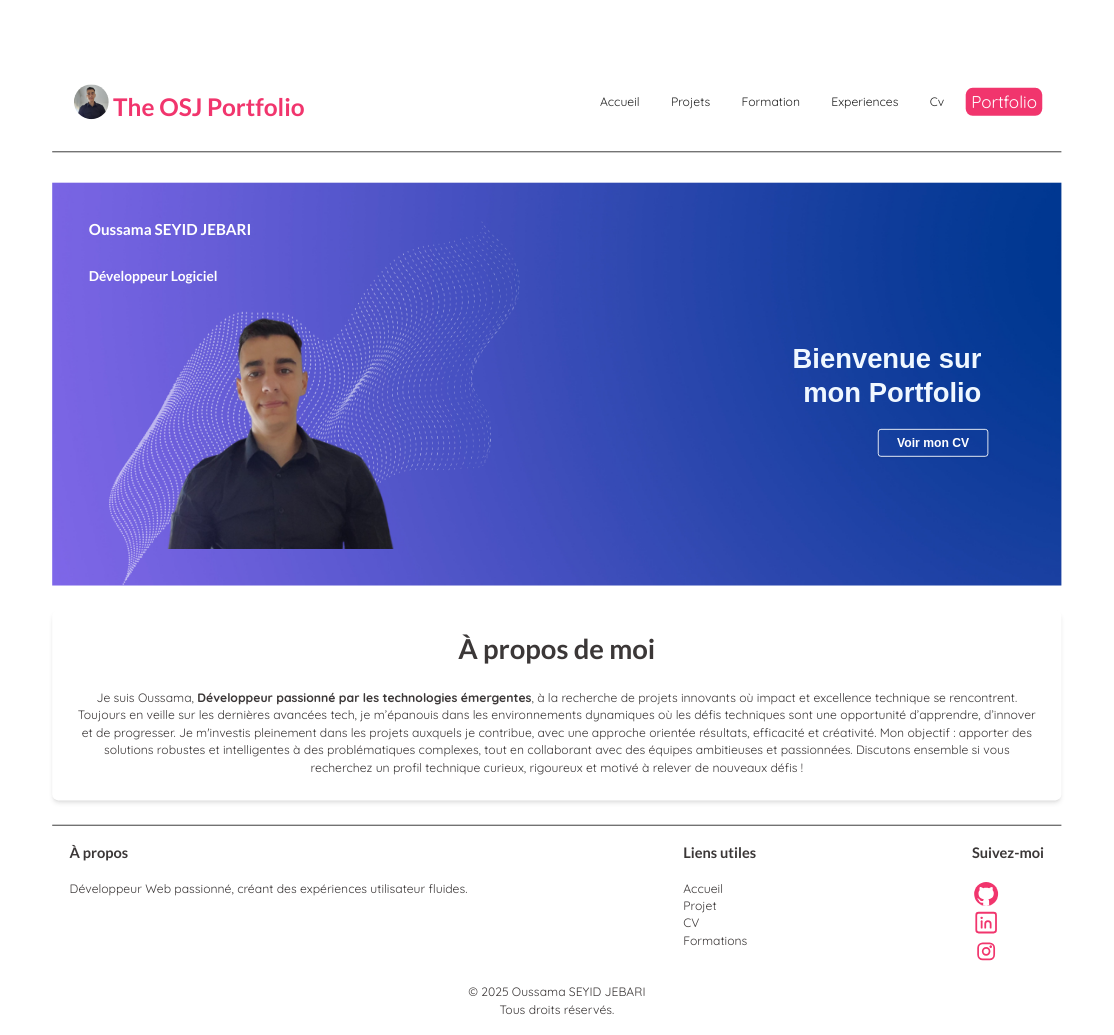
Repository: OussamSJ/Portfolio
Page: /
The author's editor kept a copy of each file at every save. The page is drawn from the files as they stood at one save, then again after the next save.
The browser window is 1280 px wide. The pictures show the whole page, at 87% of full size.
The project was rebuilt for these pictures with package versions that can differ from the ones it lists, and the page was loaded fresh each time. Also part of the build but not shown: src/BlogList.js, src/Cv.js, src/Expcomponent.js, src/Experiences.js, src/FormationComponent.js, src/Formation.js, src/projets/ProjetComponent.js, src/projets/Projet.js and 3 more.

Above is the page before, as saved 2025-07-23 12:39:59.

### public/index.html
<!DOCTYPE html>
<html lang="en">
  <head>
    <meta charset="utf-8" />
    <link rel="icon" href="%PUBLIC_URL%/Logo-Devloper.png" />
    <meta name="viewport" content="width=device-width, initial-scale=1" />
    <meta name="theme-color" content="#000000" />
    <meta
      name="description"
      content="Web site created using create-react-app"
    />
    <link rel="apple-touch-icon" href="%PUBLIC_URL%/logo192.png" />
    <!--
      manifest.json provides metadata used when your web app is installed on a
      user's mobile device or desktop. See https://developers.google.com/web/fundamentals/web-app-manifest/
    -->
    <link rel="manifest" href="%PUBLIC_URL%/manifest.json" />
    <!--
      Notice the use of %PUBLIC_URL% in the tags above.
      It will be replaced with the URL of the `public` folder during the build.
      Only files inside the `public` folder can be referenced from the HTML.

      Unlike "/favicon.ico" or "favicon.ico", "%PUBLIC_URL%/favicon.ico" will
      work correctly both with client-side routing and a non-root public URL.
      Learn how to configure a non-root public URL by running `npm run build`.
    -->
    <title>Portfolio App</title>
  </head>
  <body>
    <noscript>You need to enable JavaScript to run this app.</noscript>
    <div id="root"></div>
    <!--
      This HTML file is a template.
      If you open it directly in the browser, you will see an empty page.

      You can add webfonts, meta tags, or analytics to this file.
      The build step will place the bundled scripts into the <body> tag.

      To begin the development, run `npm start` or `yarn start`.
      To create a production bundle, use `npm run build` or `yarn build`.
    -->
  </body>
</html>

### src/index.js
import React from 'react';
import ReactDOM from 'react-dom/client';
import './index.css';
import App from './App';
import reportWebVitals from './reportWebVitals';
import 'semantic-ui-css/semantic.min.css'

const root = ReactDOM.createRoot(document.getElementById('root'));
root.render(
  <React.StrictMode>
    <App />
  </React.StrictMode>
);

// If you want to start measuring performance in your app, pass a function
// to log results (for example: reportWebVitals(console.log))
// or send to an analytics endpoint. Learn more: https://bit.ly/CRA-vitals
reportWebVitals();

### src/index.css
@import url('https://fonts.googleapis.com/css2?family=Quicksand:wght@300;400;500;600;700&display=swap');
@tailwind base;
@tailwind components;
@tailwind utilities;

/* base styles */
* {
  margin: 0;
  font-family: -apple-system, BlinkMacSystemFont, 'Segoe UI', 'Roboto', 'Oxygen',
    'Ubuntu', 'Cantarell', 'Fira Sans', 'Droid Sans', 'Helvetica Neue',
    sans-serif;
  -webkit-font-smoothing: antialiased;
  -moz-osx-font-smoothing: grayscale;
  font-family: "Quicksand";
  color: #3b3737;
}

code {
  font-family: source-code-pro, Menlo, Monaco, Consolas, 'Courier New',
    monospace;
}

.navbar {
  padding: 20px;
  display: flex;
  align-items: center;
  max-width: 1200px;
  margin: 0 auto;
  border-bottom: 1px solid #212020;

}

.navbar h1 {
  color: #f1356d;
}

.navbar .links {
  margin-left: auto;
}

.navbar a {
  margin-left: 16px;
  text-decoration: none;
  padding: 6px;
}

.navbar img {
  width: 40px;
  height: 40px;
  margin: 5px;
  object-fit: cover;
  /* remplit et rogne si besoin */
  border-radius: 50%;
  /* transforme le carré en cercle */
  display: block;
}

.navbar a:hover {
  color: #f1356d;
}


/* Responsive: cache les liens sur mobile */
.desktop-only {
  display: flex;
}

.mobile-toggle {
  display: none;
  margin-left: auto;
  cursor: pointer;
}

/* Responsive behavior */
/* Masque le menu desktop sur petits écrans */
@media (max-width: 768px) {
  .desktop-only {
    display: none !important;
  }

  .mobile-toggle {
    display: block !important;
    cursor: pointer;
  }
}


.content {
  max-width: 1200px;
  margin: 40px auto;
  padding: 20px;
}


.couverture {
  background-image:
    url("/public/couverture-portfolio.png");
  background-size: cover;
  /* couvre tout le conteneur sans déformation */
  background-position: center;
  /* centre l’image */
  background-repeat: no-repeat;
  /* pas de répétition */
  height: 100%;
  width: 100%;
  color: white;
  font-family: 'Orbitron', sans-serif;
  /* une police géométrique, proche de celle utilisée */
}



.couverture h1 {
  margin-top: 20px auto;
  margin-right: 50px;
  align-items: center;
  text-align: center;
  color: aliceblue;
  text-align: right;
  font-family: 'Agrandir Grand', sans-serif;
  /* une police futuriste */
}


.portfolio-footer {
  justify-content: space-between;
  display: flex;
  padding: 20px;
  border-top: 1px solid #212020;
}

.card-title {
  margin-bottom: 20px;

  padding: 0;
  font-size: 1.2rem;

}

.social-links a {
  list-style: none;
  all: unset;
  color: inherit;
  text-decoration: none;
  margin-left: auto;
  text-align: left;

}

.social-links img {
  width: 40%;
  height: 40%;
}


ul {
  list-style-type: none;
  padding: 0;
  margin: 0;

}

.social-links a:hover {
  color: #f1356d;
}

.footer-bottom {
  display: block;
  text-align: center;
}

ul li {
  text-align: left;

}



.not-found {
  justify-content: center;
  align-items: center;
  text-align: center;
  height: 50vh;
  margin-top: 200px;
  font-size: 3rem;
}


img-couverture {
  width: 100%;
  height: 100%;
  justify-content: flex-end;
  align-items: center;
  object-fit: fill;
  /* Remplit l'élément sans déformation */
  border-radius: 50%;
  /* Transforme le carré en cercle */
  display: flex;
}

### src/App.js
import React from 'react';
import { BrowserRouter, Routes, Route } from 'react-router-dom';
import Home from './Home';
import Navbar from './Navbar';
import Cv from './Cv';
import Footbar from './Footbar';
import Experiences from './Experiences';
import Formation from './Formation';
import ProjetDetail from './projets/ProjetDetail';
import Projet from './projets/Projet';
import Projet1 from './projets/Projet1';
import ProjetFootballPlayerSearch from './projets/ProjetFootballPlayerSearch';

function App() {
  return (
    <BrowserRouter>
      <div className="App">
        <div className='content'>
          <Routes>
            <Route path="/" element={<Home />} />
            <Route path="/cv" element={<Cv />} />
            <Route path="/experiences-professionnelle" element={<div ><Navbar /> <Experiences /><Footbar /></div>} />
            <Route path="/formation" element={<div ><Navbar /> <Formation /><Footbar /></div>} />
            <Route path="/projet" element={<div ><Navbar /> <Projet /><Footbar /></div>} />

           <Route path="/projet/:id" element={<div><Navbar /><ProjetDetail /><Footbar /></div>} />
            <Route path="*" element={
              <div >
                <Navbar />
                <h1 className='not-found' >Page introuvable</h1>
                <Footbar />
              </div>
            } />
          </Routes>
        </div>
      </div>
    </BrowserRouter>
  );
}

export default App;

### src/Home.js
import { useEffect, useState } from "react";

import BlogList from "./BlogList";
import Navbar from "./Navbar";
import Footbar from "./Footbar";


const Home = () => {
  const [blogs, setBlogs] = useState([
    { title: 'My new website', body: 'lorem ipsum...', author: 'mario', id: 1 },
    { title: 'Welcome party!', body: 'lorem ipsum...', author: 'yoshi', id: 2 },
    { title: 'Web dev top tips', body: 'lorem ipsum...', author: 'mario', id: 3 }
  ])

  const handleDelete = (id) => {
    const newBlogs = blogs.filter(blog => blog.id !== id);
    setBlogs(newBlogs);
  }


  useEffect(() => {
    console.log('use effect ran');
    console.log(blogs);
  })

  return (
    <div className="Home">
      <Navbar />
       {/* Couverture */}
      <div className="couverture flex items-center mt-10 justify-between text-white p-12 flex-wrap">

        {/* Partie gauche */}
        <div className="flex flex-col items-start space-y-4 max-w-md w-max h-max">
          <h3 className="text-xl text-white font-semibold">Oussama SEYID JEBARI</h3>
          <h3 className="text-lg text-white">Développeur Logiciel</h3>
          <div className="w-200 h-200 mt-4 ml-20 ">
            <img src="oussama_img.png" alt="photo_de_profil" className="rounded-lg object-cover w-full h-full" />
          </div>
        </div>

        {/* Partie droite */}
        <div className="text-right max-w-md mt-10 md:mt-30">
          <h1 className="text-4xl text-white font-bold mb-6 leading-tight">
            Bienvenue sur <br /> mon Portfolio</h1>
          <button className="bg-transparent text-white font-bold py-2 px-6 mr-12 rounded shadow border border-white
          hover:bg-white hover:text-blue-800 transition-colors duration-300 relative">
            Voir mon CV
          </button>
        </div>

      </div>
      <section className="bg-white text-gray-800 p-8 rounded-lg shadow-md my-8 w-full h-full mx-auto text-center">
  <h2 className="text-4xl font-bold mb-8 ">À propos de moi</h2>
  <p>
    Je suis Oussama,  <strong>Développeur passionné par les technologies émergentes</strong>, à la recherche de projets innovants où impact et excellence technique se rencontrent.<br/>
Toujours en veille sur les dernières avancées tech, je m’épanouis dans les environnements dynamiques où les défis techniques sont une opportunité d’apprendre, d’innover et de progresser.
Je m'investis pleinement dans les projets auxquels je contribue, avec une approche orientée résultats, efficacité et créativité.
Mon objectif : apporter des solutions robustes et intelligentes à des problématiques complexes, tout en collaborant avec des équipes ambitieuses et passionnées.

Discutons ensemble si vous recherchez un profil technique curieux, rigoureux et motivé à relever de nouveaux défis !
  </p>
</section>



      <Footbar />
    </div>
  );
}

export default Home;

### src/Navbar.js

import React, { Component } from 'react';
import { Menu, MenuItem, MenuMenu, Icon, Sidebar } from 'semantic-ui-react';

class Navbar extends Component {

  state = {
    activeItem: 'home',
    sidebarVisible: false,
  };

  handleItemClick = (e, { name }) => this.setState({ activeItem: name });

  toggleSidebar = () => {
    this.setState(prev => ({ sidebarVisible: !prev.sidebarVisible }));
  };

  render() {
    const { activeItem, sidebarVisible } = this.state;

    return (
      <>
        {/* Navbar  */}
        <nav className="navbar">
          <img src="/photo-portfolio.jpg" alt="logo" className="logo" />
          <h1>The OSJ Portfolio</h1>
          <div className="mobile-toggle" onClick={this.toggleSidebar}>
            <Icon name="bars" size="large" />
          </div>
          <div className="links desktop-only">
            <Menu secondary>
              <MenuItem name='accueil' active={activeItem === 'accueil'} onClick={this.handleItemClick} as="a" href="/" />
              <MenuItem name='projets' active={activeItem === 'projets'} onClick={this.handleItemClick} as="a" href="/projet" />
              <MenuItem name='formation' active={activeItem === 'formation'} onClick={this.handleItemClick} as="a" href="/formation" />
              <MenuItem name='expériences' active={activeItem === 'expériences'} onClick={this.handleItemClick} as="a" href="/experiences-professionnelle" />
              <MenuItem name='cv' active={activeItem === 'cv'} onClick={this.handleItemClick} as="a" href="/cv" />
              <MenuMenu position='right'>
                <MenuItem
                  name='portfolio'
                  active={activeItem === 'portfolio'}
                  onClick={this.handleItemClick}
                  as="a"
                  href="/"
                  style={{
                    color: 'white',
                    fontSize: '1.4em',
                    backgroundColor: '#f1356d',
                    borderRadius: '8px',
                    padding: '6px',
                  }}
                />
              </MenuMenu>
            </Menu>
          </div>
        </nav>

        {/* Sidebar pour mobile */}
        <Sidebar
          as={Menu}
          animation='overlay'
          icon='labeled'
          inverted
          vertical
          visible={sidebarVisible}
          width='thin'
          direction='right'
          style={{ backgroundColor: '#3b3737'}}
          onHide={this.toggleSidebar}

        >
          <MenuItem as="a" href="/" onClick={this.toggleSidebar}>Accueil</MenuItem>
          <MenuItem as="a" href="/projet" onClick={this.toggleSidebar}>Projets</MenuItem>
          <MenuItem as="a" href="/formation" onClick={this.toggleSidebar}>Formation</MenuItem>
          <MenuItem as="a" href="/experiences-professionnelle" onClick={this.toggleSidebar}>Expériences</MenuItem>
          <MenuItem as="a" href="/cv" onClick={this.toggleSidebar}>CV</MenuItem>
          <MenuItem as="a" href="/" onClick={this.toggleSidebar} style={{ backgroundColor: '#f1356d', color: 'white', borderRadius: '8px' }}>Portfolio</MenuItem>
        </Sidebar>

      </>
    );
  }
}

export default Navbar;

### src/Footbar.js
import { color } from "framer-motion";

const Footbar = () => {
  return (
    <div className="footbar">
      {/* footbar  */}
      <footer className="portfolio-footer">

      <div className="card-deck">
        <div className="card">
        <div className="card-body">
          <h4 className="card-title">À propos</h4>
          <p className="card-text">Développeur Web passionné, créant des expériences utilisateur fluides.</p>
        </div>
        </div>
      </div>

      <div className="card-deck">
        <div className="card">
        <div className="card-body">
          <h4 className="card-title">Liens utiles</h4>
          <ul className="social-links" style={{ color: '#3b3737'}}>

          <li><a href="/">Accueil</a></li>
          <li><a href="/projet">Projet</a></li>
          <li><a href="/cv">CV</a></li>
          <li><a href="/formation">Formations</a></li>

          </ul>
        </div>
        </div>
      </div>

      <div className="card-deck">
        <div className="card">
        <div className="card-body">
          <h4 className="card-title">Suivez-moi</h4>
          <ul className="social-links">
          <li><a href="https://github.com/OussamSJ"> <img src="/github.svg" alt="GitHub"></img></a></li>
          <li><a href="https://www.linkedin.com/in/oussama-sj/"> <img src="/linkedin.svg" alt="LinkedIn"></img></a></li>
          <li><a href="https://www.instagram.com/oussama.sj/"> <img  src="/instagram.svg" alt="Instagram"></img></a></li>
          </ul>
        </div>
        </div>
      </div>

      </footer>
      <div className="footer-bottom">
      <p>© 2025 Oussama SEYID JEBARI <br /> Tous droits réservés.</p>
      </div>

    </div>

    );
}

export default Footbar;

### tailwind.config.js
/** @type {import('tailwindcss').Config} */
module.exports = {
  content: [  "./src/**/*.{js,ts,jsx,tsx}",],
  theme: {
    extend: {
      colors: {
        primary: '#f1356d', // Exemple
      },
    },
  },
  plugins: [],
}

Loaded but not shown: src/reportWebVitals.js (common file)

After the next save:
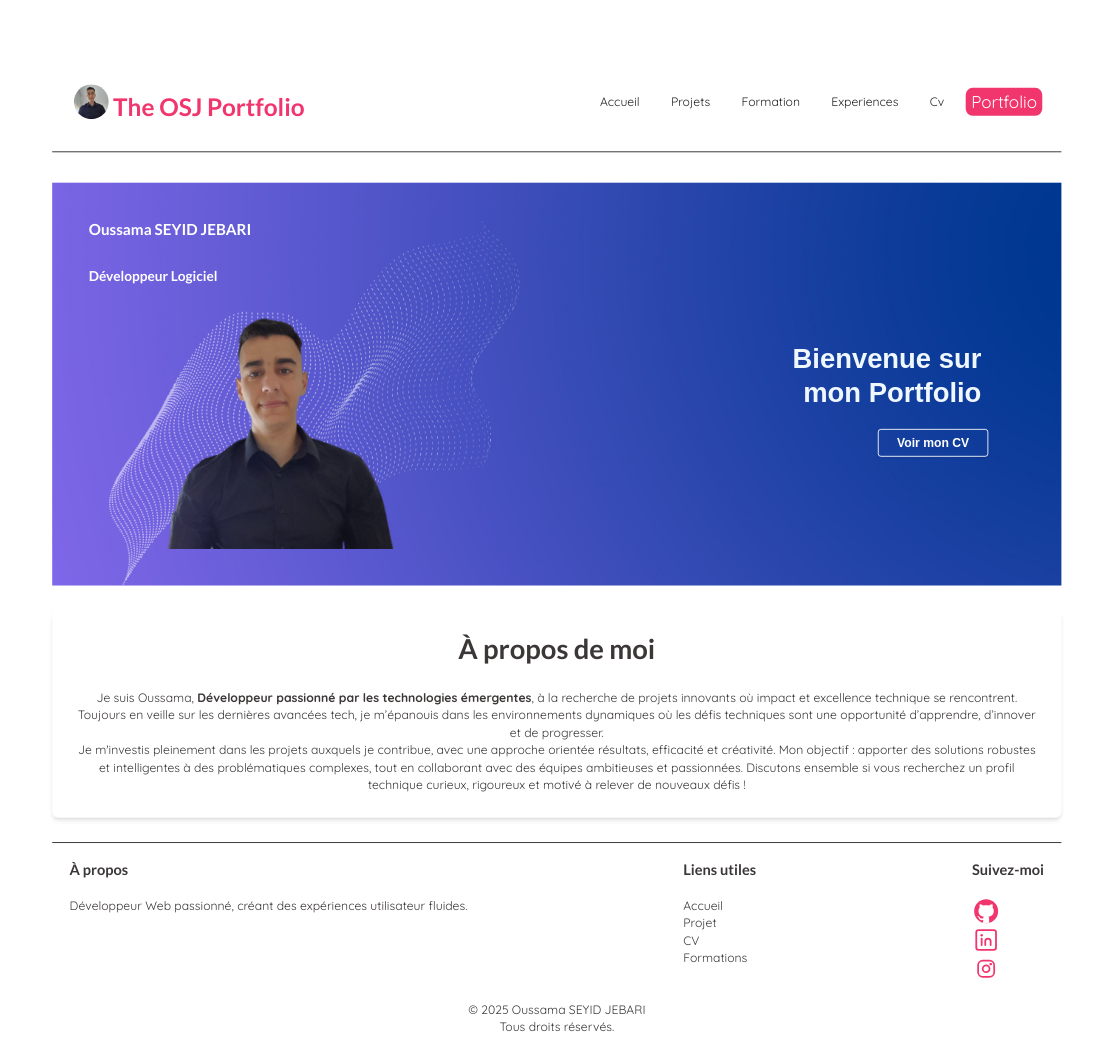
Saved 39 s later.
--- a/src/Home.js
+++ b/src/Home.js
@@ -53,7 +53,7 @@
   <h2 className="text-4xl font-bold mb-8 ">À propos de moi</h2>
   <p>
     Je suis Oussama,  <strong>Développeur passionné par les technologies émergentes</strong>, à la recherche de projets innovants où impact et excellence technique se rencontrent.<br/>
-Toujours en veille sur les dernières avancées tech, je m’épanouis dans les environnements dynamiques où les défis techniques sont une opportunité d’apprendre, d’innover et de progresser.
+Toujours en veille sur les dernières avancées tech, je m’épanouis dans les environnements dynamiques où les défis techniques sont une opportunité d’apprendre, d’innover et de progresser.<br/>
 Je m'investis pleinement dans les projets auxquels je contribue, avec une approche orientée résultats, efficacité et créativité.
 Mon objectif : apporter des solutions robustes et intelligentes à des problématiques complexes, tout en collaborant avec des équipes ambitieuses et passionnées.
 

After the save that followed:
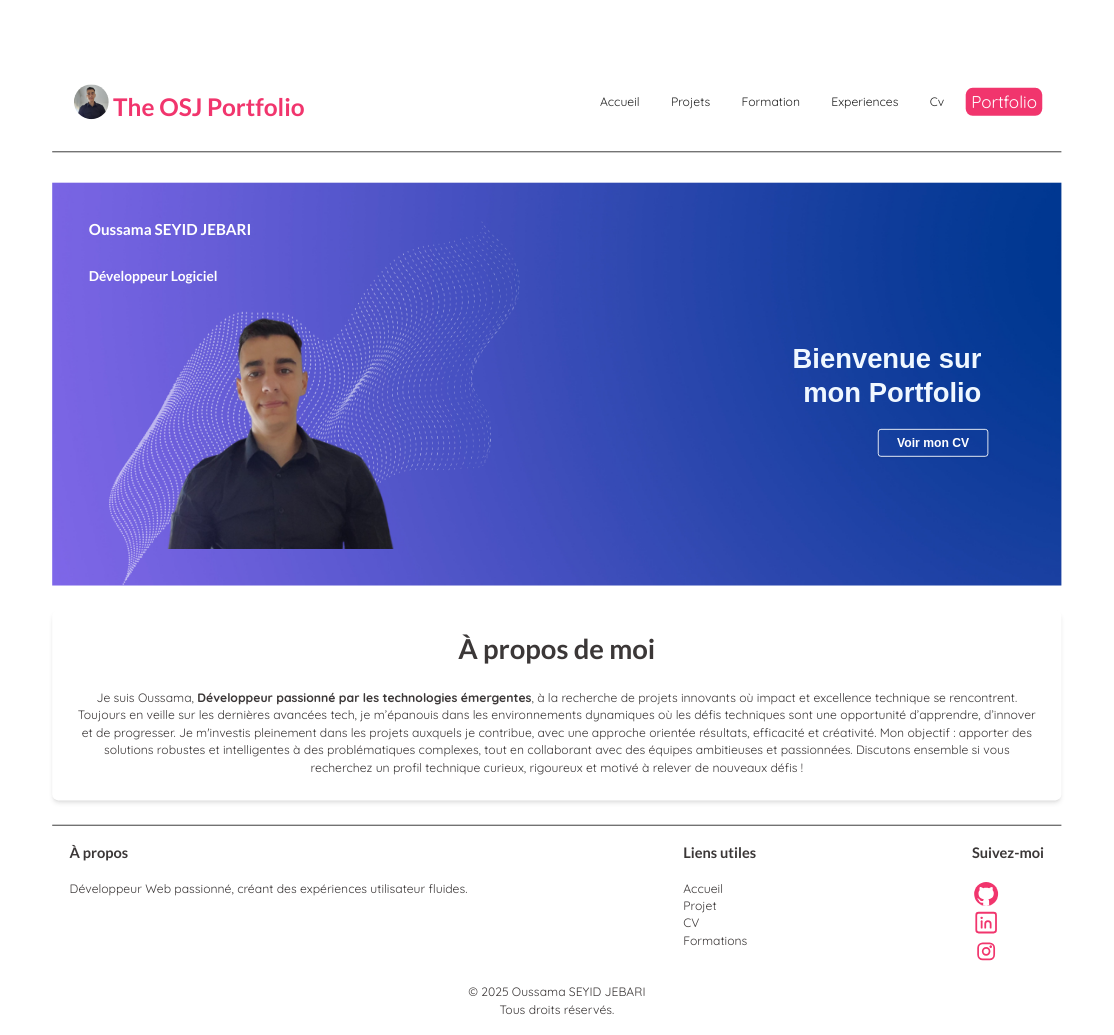
Saved 22 s later.
--- a/src/Home.js
+++ b/src/Home.js
@@ -53,7 +53,7 @@
   <h2 className="text-4xl font-bold mb-8 ">À propos de moi</h2>
   <p>
     Je suis Oussama,  <strong>Développeur passionné par les technologies émergentes</strong>, à la recherche de projets innovants où impact et excellence technique se rencontrent.<br/>
-Toujours en veille sur les dernières avancées tech, je m’épanouis dans les environnements dynamiques où les défis techniques sont une opportunité d’apprendre, d’innover et de progresser.<br/>
+Toujours en veille sur les dernières avancées tech, je m’épanouis dans les environnements dynamiques où les défis techniques sont une opportunité d’apprendre, d’innover et de progresser.
 Je m'investis pleinement dans les projets auxquels je contribue, avec une approche orientée résultats, efficacité et créativité.
 Mon objectif : apporter des solutions robustes et intelligentes à des problématiques complexes, tout en collaborant avec des équipes ambitieuses et passionnées.
 
